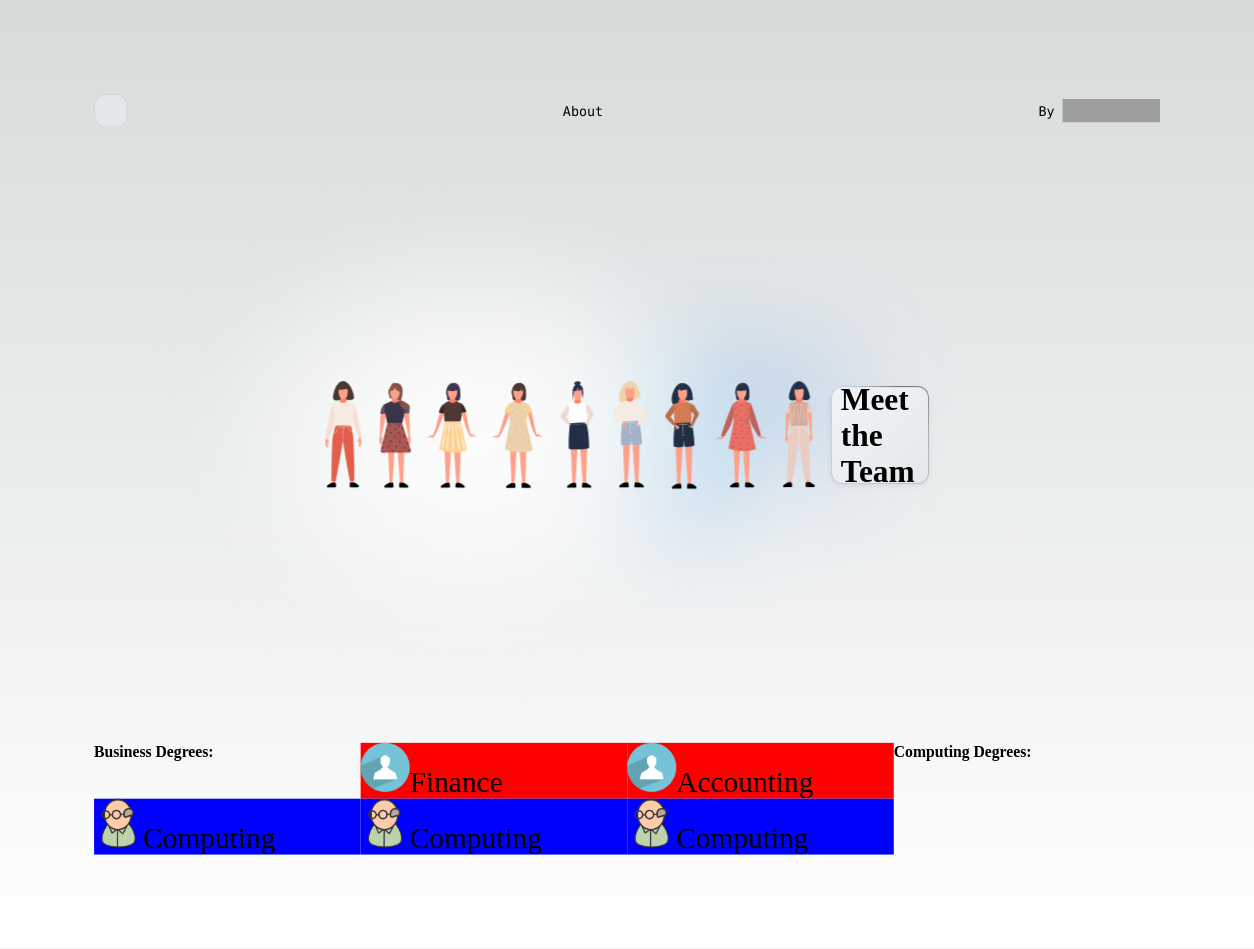
Repository: bguemos/week3example
Page: /
These files come from the project's save history. The page is drawn as it stood at one moment and after the next save; the edit follows.
The browser window is 1280 px wide. The pictures show the whole page, at 98% of full size.
Pictures or frames that could not be fetched are drawn as grey boxes. The project was rebuilt for these pictures with package versions that can differ from the ones it lists, and the page was loaded fresh each time. The framework's server and built-in components were replaced by stand-ins that run in the browser. Also part of the build but not shown: next.config.js.

Above is the page before, as saved 2023-01-18 12:11:01.

After the next save:
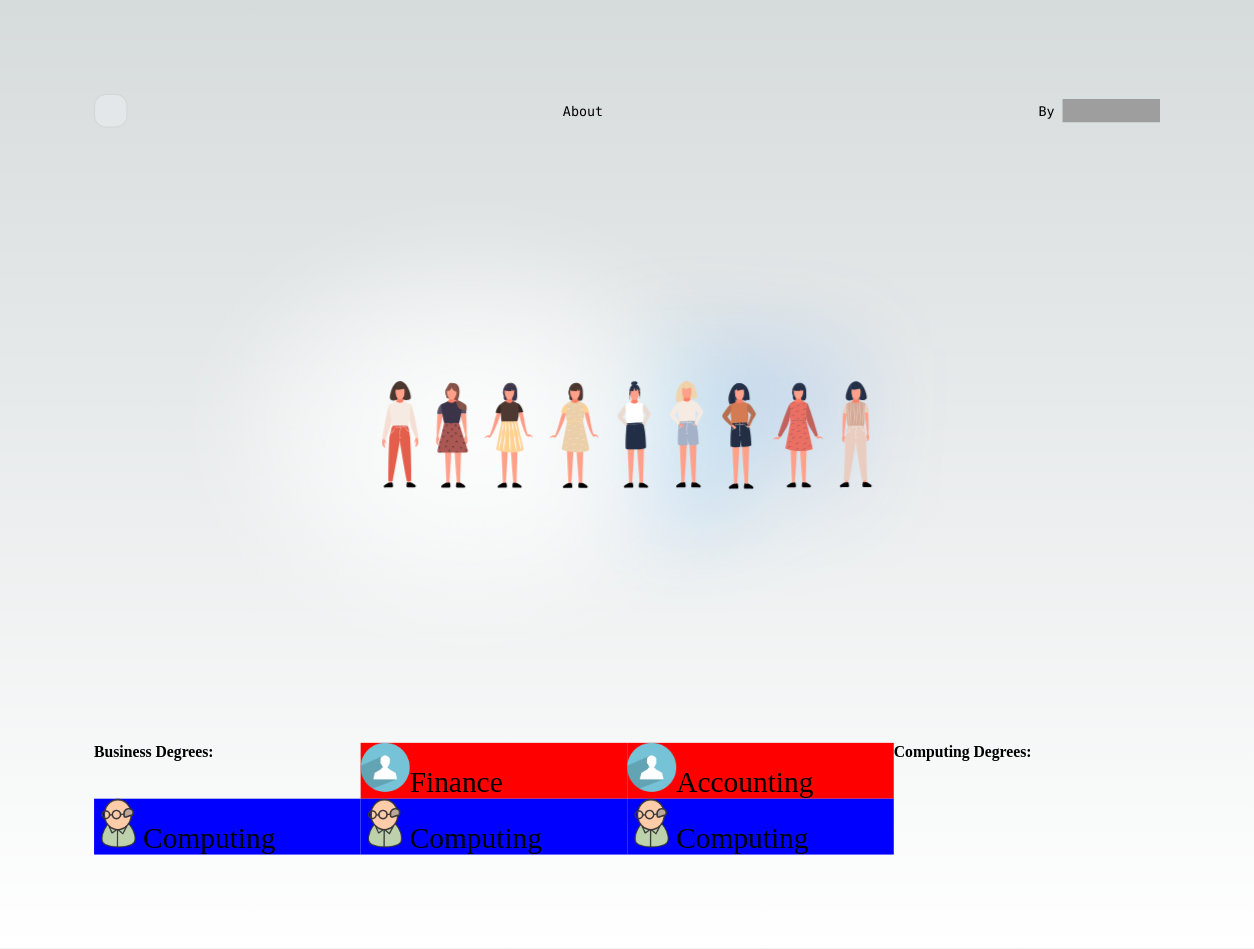
Saved 40 s later.
--- a/pages/index.js
+++ b/pages/index.js
@@ -55,9 +55,7 @@
             height={500}
             priority
           />
-          <div className={styles.thirteen}>
-            <h1> Meet the Team </h1>
-          </div>
+
         </div>
 
         <div className={styles.grid}>
